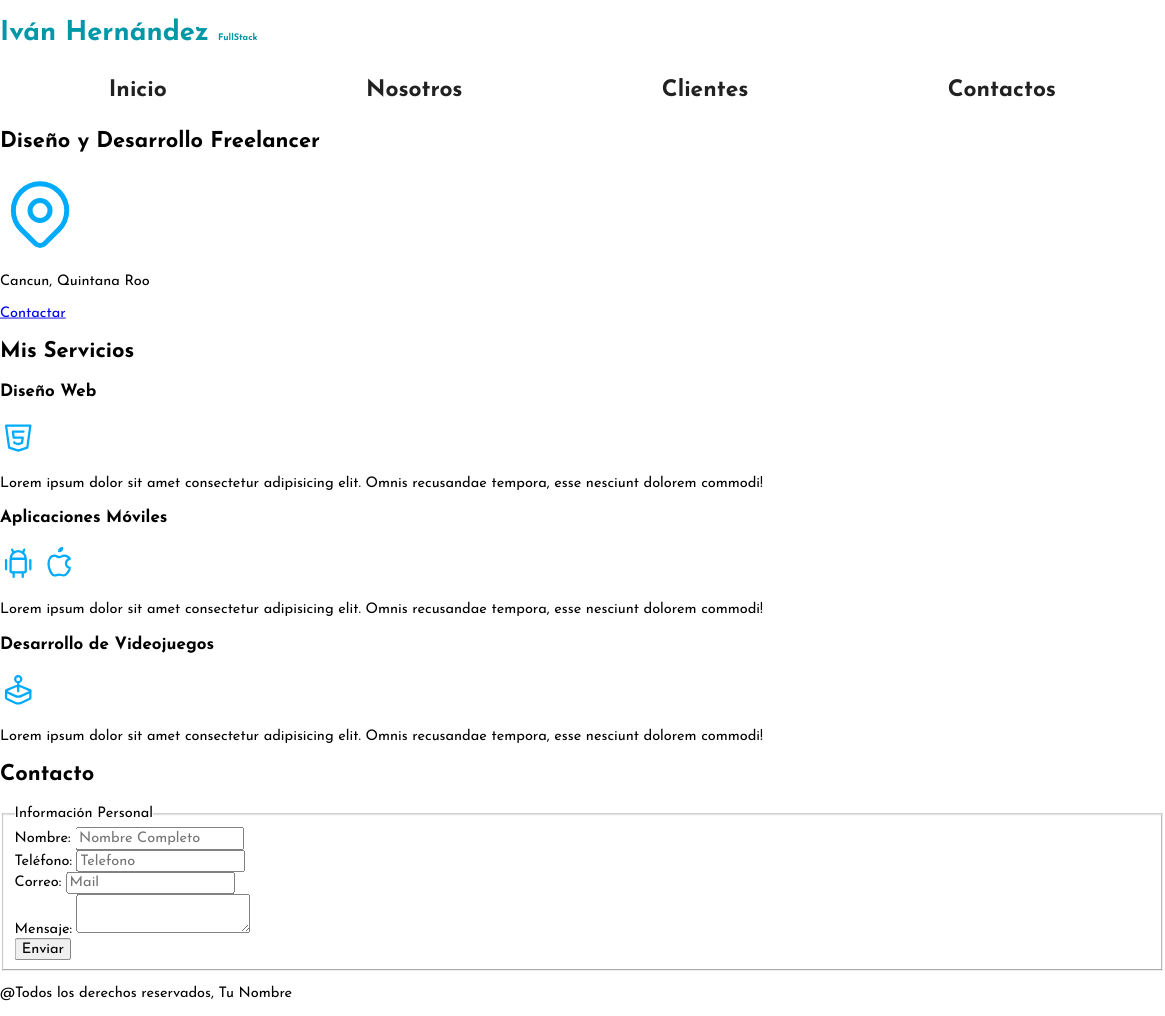
Repository: IvanHernandezMuro/freelance_base
Page: index.html
The author's editor kept a copy of each file at every save. The page is drawn from the files as they stood at one save, then again after the next save.
The browser window is 1280 px wide. The pictures show the whole page, at 91% of full size.

Above is the page before, as saved 2023-05-09 00:26:59.

After the next save:
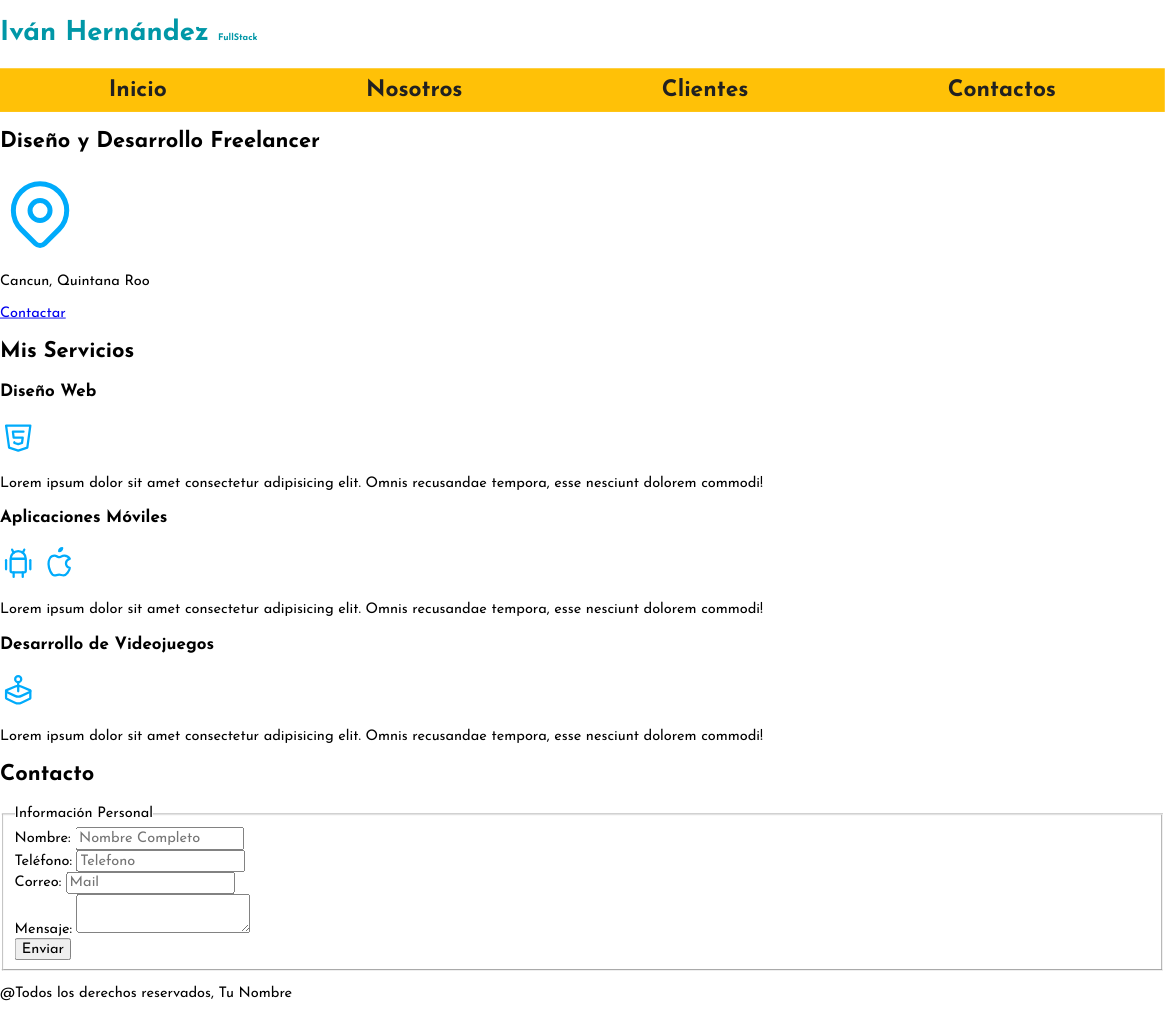
Saved 4 min 10 s later.
--- a/css/styles.css
+++ b/css/styles.css
@@ -32,12 +32,14 @@ body {
 	padding: 1rem;
 	display: flex;
 	justify-content: space-around;
+	background-color: var(--primary);
 }
 .navegacion-principal a {
 	text-decoration: none;
-	color: var(--black);
+	color: var(--black) !important;
 	font-size: 2.5rem;
-	font-weight: bold;
+	font-weight: 700;
+	color: var(--white);
 }
 
 .contenedor {
